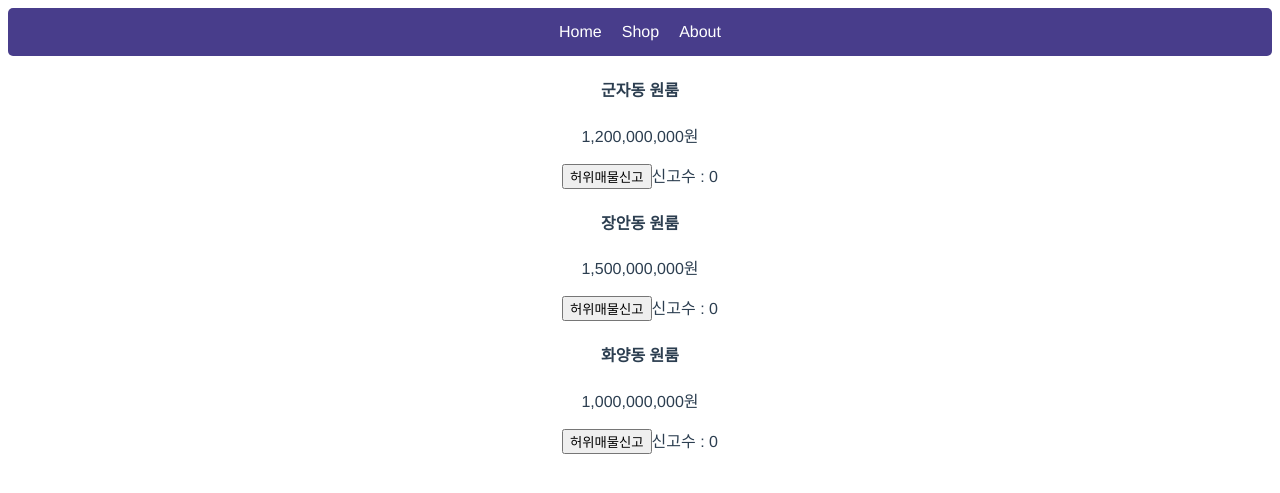
Repository: jy0813/Function
Page: / (app in function/)
These files come from the project's save history. The page is drawn as it stood at one moment and after the next save; the edit follows.
The browser window is 1280 px wide. The pictures show the whole page.
The project was rebuilt for these pictures with package versions that can differ from the ones it lists, and the page was loaded fresh each time.

Above is the page before, as saved 2022-02-23 15:36:25.

After the next save:
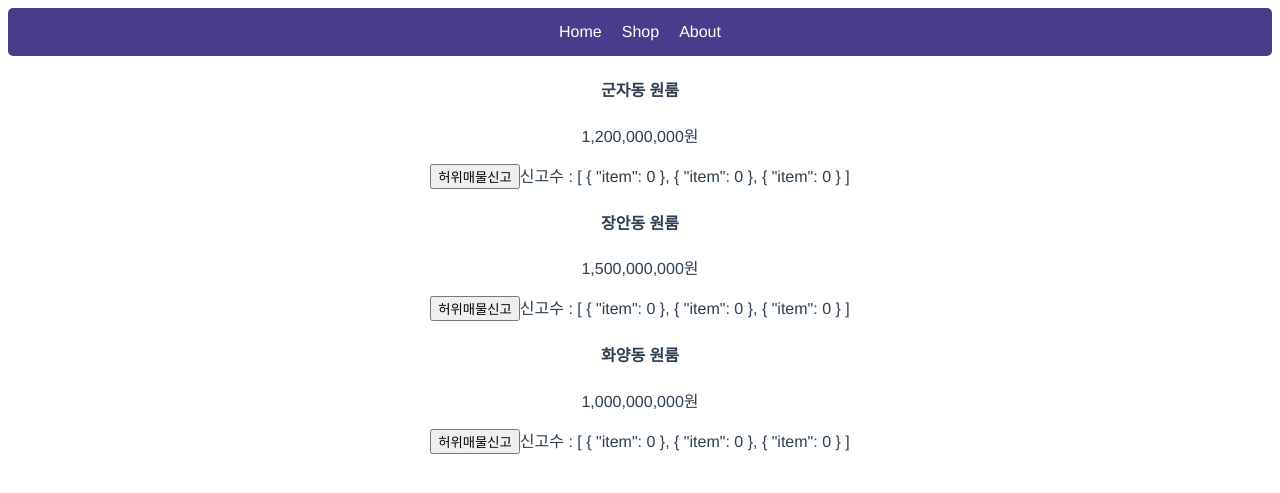
Saved 79 s later.
--- a/function/src/App.vue
+++ b/function/src/App.vue
@@ -32,7 +32,17 @@ export default {
           price:'1000000000',
         }
       ],
-      report:0,
+      report:[
+        {
+          item:0
+        },
+        {
+          item:0
+        },
+        {
+          item:0
+        },
+      ]
     }
   },
    methods: {
